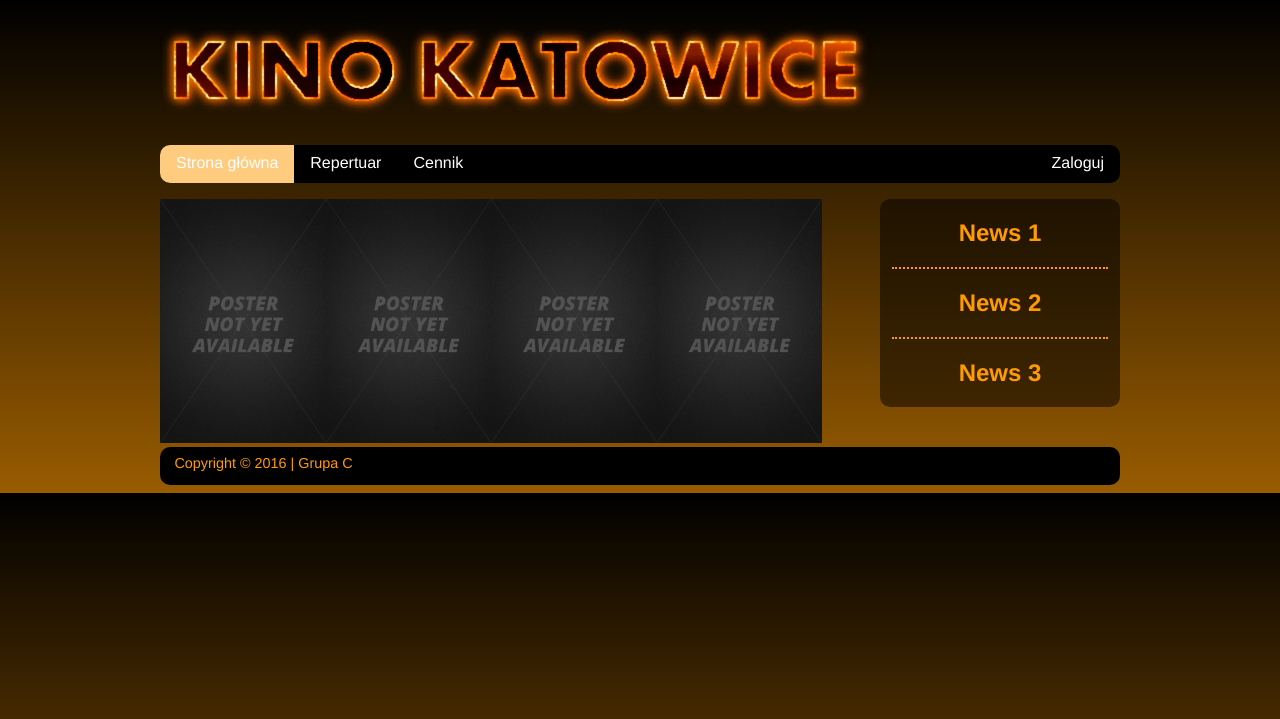
Repository: Gate4/Grupa-C
Page: http://localhost/KinoWebApp/WEB-INF/jsp/welcome.jsp
An editor plug-in stored every save of this project. The page is shown before and after the next save, followed by the edit.
The browser window is 1280 px wide. The pictures show the whole page.
Some web libraries are served in a nearby version. The page is served by Tomcat 9. Nobody is signed in. The template is opened directly, without the code that normally fills it, so the values that code supplies are empty.

Above is the page before, as saved 2016-04-21 21:23:33.

After the next save:
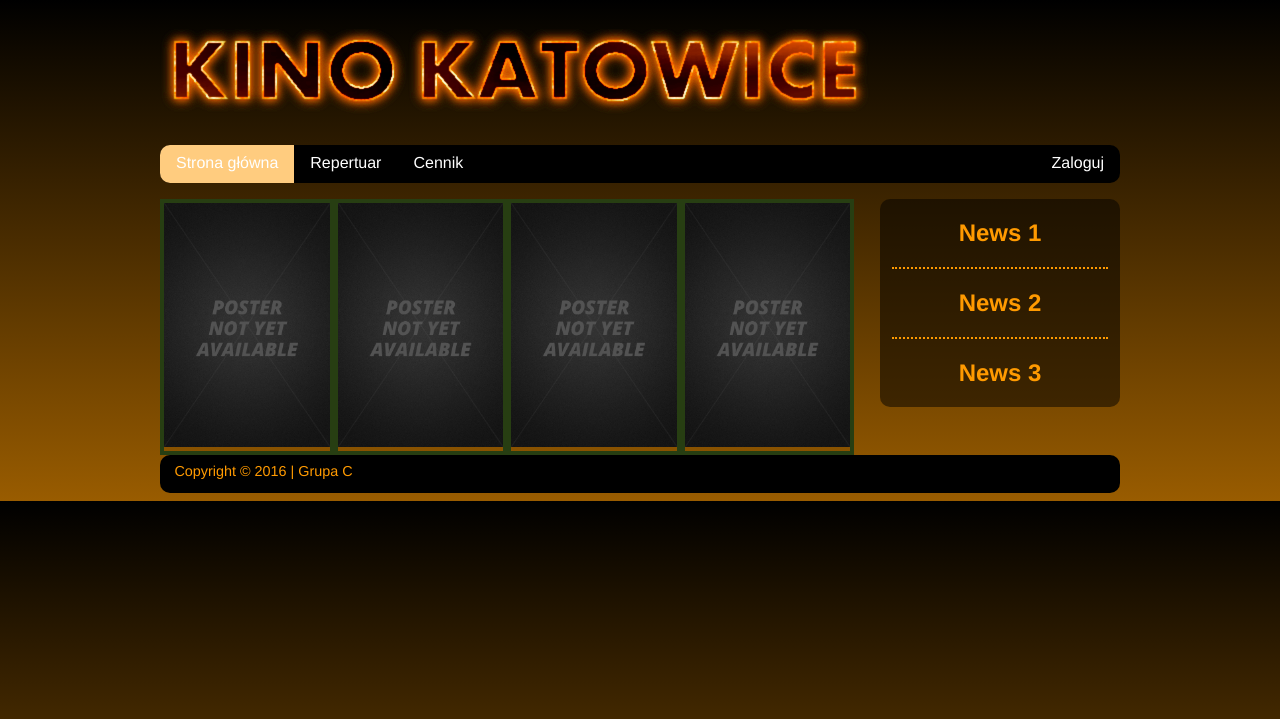
Saved 79 s later.
--- a/KinoWebApp/WebContent/resources/style.css
+++ b/KinoWebApp/WebContent/resources/style.css
@@ -95,13 +95,16 @@ nav ul li:last-child a:hover, nav ul li:last-child a.active{
 }
 
 .tile{
+	border-style: solid;
+    border-width: 4px;
+    border-color: #273e12;
 	width: 23%;
 }
 
 .tile:hover{
 	border-style: solid;
     border-width: 4px;
-    border-color: #273e12;
+    border-color: #ffb13b;
 }
 
 .tile img{
